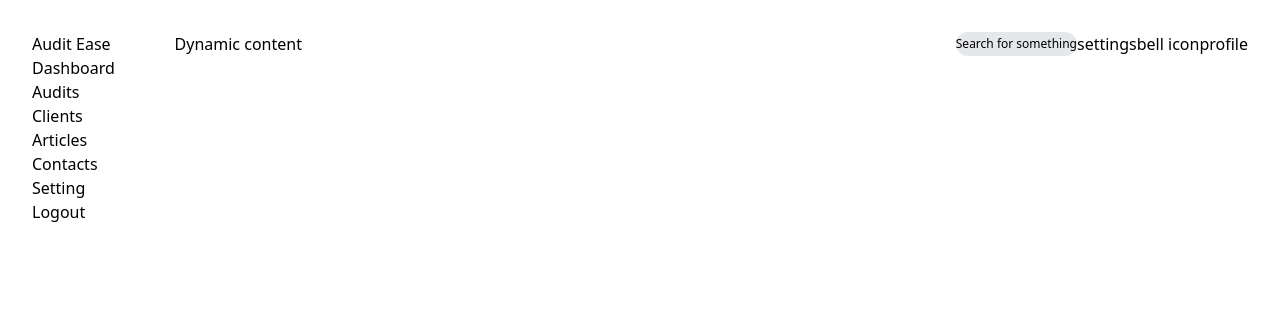
Repository: EclipticCode/Audit-Ease-FE
Page: /
These files come from the project's save history. The page is drawn as it stood at one moment and after the next save; the edit follows.
The browser window is 1280 px wide. The pictures show the whole page.
Some web libraries are served in a nearby version. The project was rebuilt for these pictures with package versions that can differ from the ones it lists, and the page was loaded fresh each time. Also part of the build but not shown: vite.config.js, Login.jsx, src/Navbar.jsx.

Above is the page before, as saved 2025-03-27 21:01:45.

After the next save:
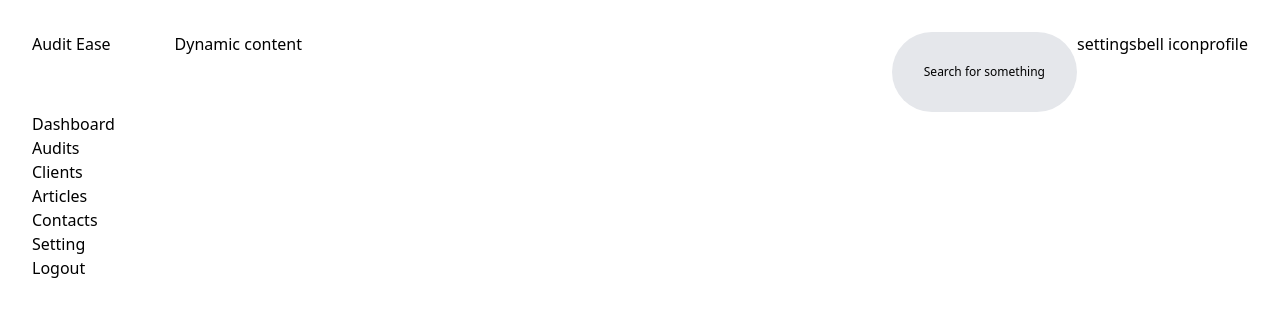
Saved 5 s later.
--- a/src/NavandSideBar.jsx
+++ b/src/NavandSideBar.jsx
@@ -9,7 +9,7 @@ const NavandSideBar = () => {
             <div className='ml-16'>Dynamic content</div>
             </div>
             <div className='flex'>
-            <div className="bg-gray-200 flex items-center justify-center rounded-full text-xs p-">Search for something</div>
+            <div className="bg-gray-200 flex items-center justify-center rounded-full text-xs p-8">Search for something</div>
             <div>settings</div>
             <div>bell icon</div>
             <div>profile</div>
